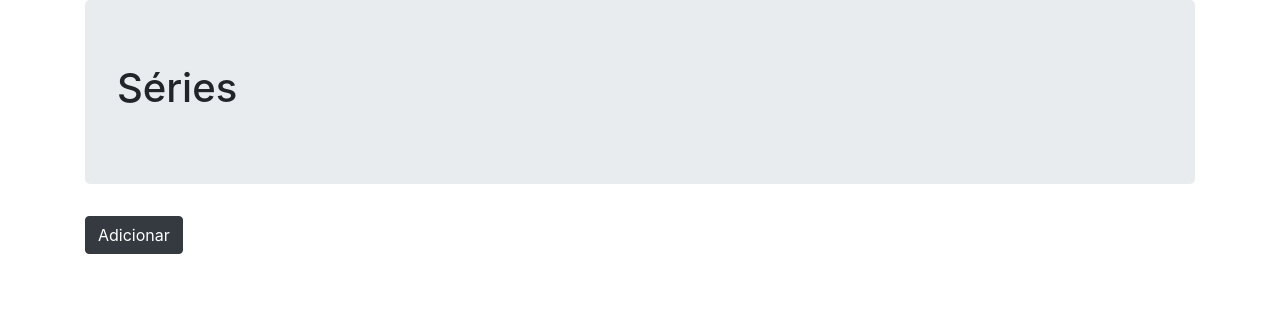
Repository: allan-api/controle-series-laravel
Page: http://localhost/series
An editor plug-in stored every save of this project. The page is shown before and after the next save, followed by the edit.
The browser window is 1280 px wide. The pictures show the whole page.
The page is served by the project's Laravel application, run on PHP 8.4 with Laravel 8. Other server files are loaded and not shown. Queries for data that is not in the repository find no rows.

Above is the page before, as saved 2019-11-12 12:00:41.

### routes/web.php
<?php

/*
|--------------------------------------------------------------------------
| Web Routes
|--------------------------------------------------------------------------
|
| Here is where you can register web routes for your application. These
| routes are loaded by the RouteServiceProvider within a group which
| contains the "web" middleware group. Now create something great!
|
*/

Route::get('/', function () {
    return view('welcome');
});

Route::get('/series', 'SeriesController@index');
Route::get('/series/criar', 'SeriesController@create');
Route::post('/series/criar', 'SeriesController@store');

### app/Http/Controllers/SeriesController.php
<?php

namespace App\Http\Controllers;

use App\Serie;
use Illuminate\Http\Request;

class SeriesController extends Controller
{
    public function index(Request $request) {
        $series = Serie::query()->orderBy('nome')->get();

        $mensagem = $request->session()->get('mensagem');


        return view('series.index', compact('series', 'mensagem'));

    }

    public function create()
    {
        return view('series.create');
    }

    public function store(Request $request)
    {
        $serie = Serie::create($request->all());

        $request->session()->put('mensagem', "Série {$serie->nome} criado com sucesso!");

        return redirect('/series');
    }
}

### app/Serie.php
<?php
namespace App;

use Illuminate\Database\Eloquent\Model;

class Serie extends Model
{
    protected $table = 'series';
     public $timestamps = false;
}

### resources/views/series/index.blade.php
@extends('layout')

@section('cabecalho')
Séries
@endsection

@section('conteudo')
<a href="/series/criar" class="btn btn-dark mb-2">Adicionar</a>
{{$mensagem}}
<ul class="list-group">
    @foreach($series as $serie)
    <li class="list-group-item">{{ $serie->nome }}</li>
    @endforeach
</ul>
@endsection

### resources/views/layout.blade.php
<!doctype html>
<html lang="pt-BR">
<head>
    <meta charset="UTF-8">
    <meta name="viewport"
          content="width=device-width, user-scalable=no, initial-scale=1.0, maximum-scale=1.0, minimum-scale=1.0">
    <meta http-equiv="X-UA-Compatible" content="ie=edge">
    <title>Controle de Séries</title>
    <link rel="stylesheet" href="https://stackpath.bootstrapcdn.com/bootstrap/4.3.1/css/bootstrap.min.css" integrity="sha384-ggOyR0iXCbMQv3Xipma34MD+dH/1fQ784/j6cY/iJTQUOhcWr7x9JvoRxT2MZw1T" crossorigin="anonymous">
</head>
<body>
    <div class="container">
        <div class="jumbotron">
            <h1>@yield('cabecalho')</h1>
        </div>

        @yield('conteudo')
    </div>
</body>
</html>

Loaded but not shown: app/Http/Controllers/Controller.php (common file)

After the next save:
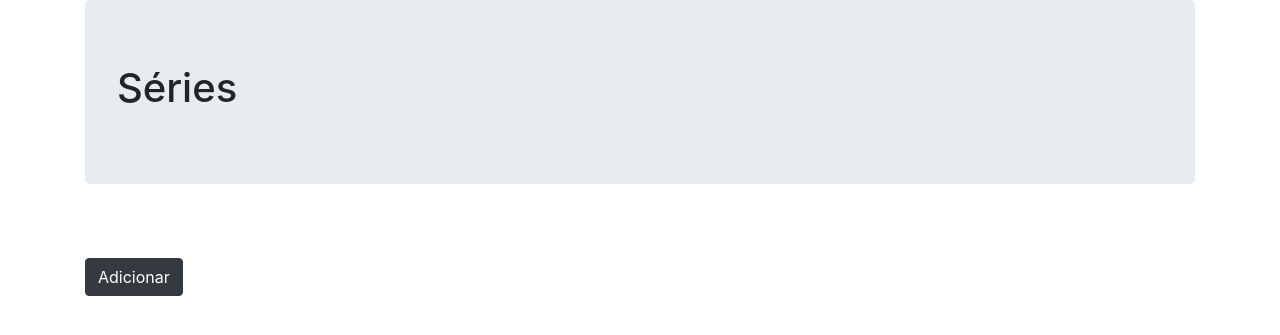
Saved 6 min 11 s later.
--- a/resources/views/series/index.blade.php
+++ b/resources/views/series/index.blade.php
@@ -5,8 +5,11 @@ Séries
 @endsection
 
 @section('conteudo')
+<div class="alert alert-sucess">
+    {{$mensagem}}
+</div>
+
 <a href="/series/criar" class="btn btn-dark mb-2">Adicionar</a>
-{{$mensagem}}
 <ul class="list-group">
     @foreach($series as $serie)
     <li class="list-group-item">{{ $serie->nome }}</li>
